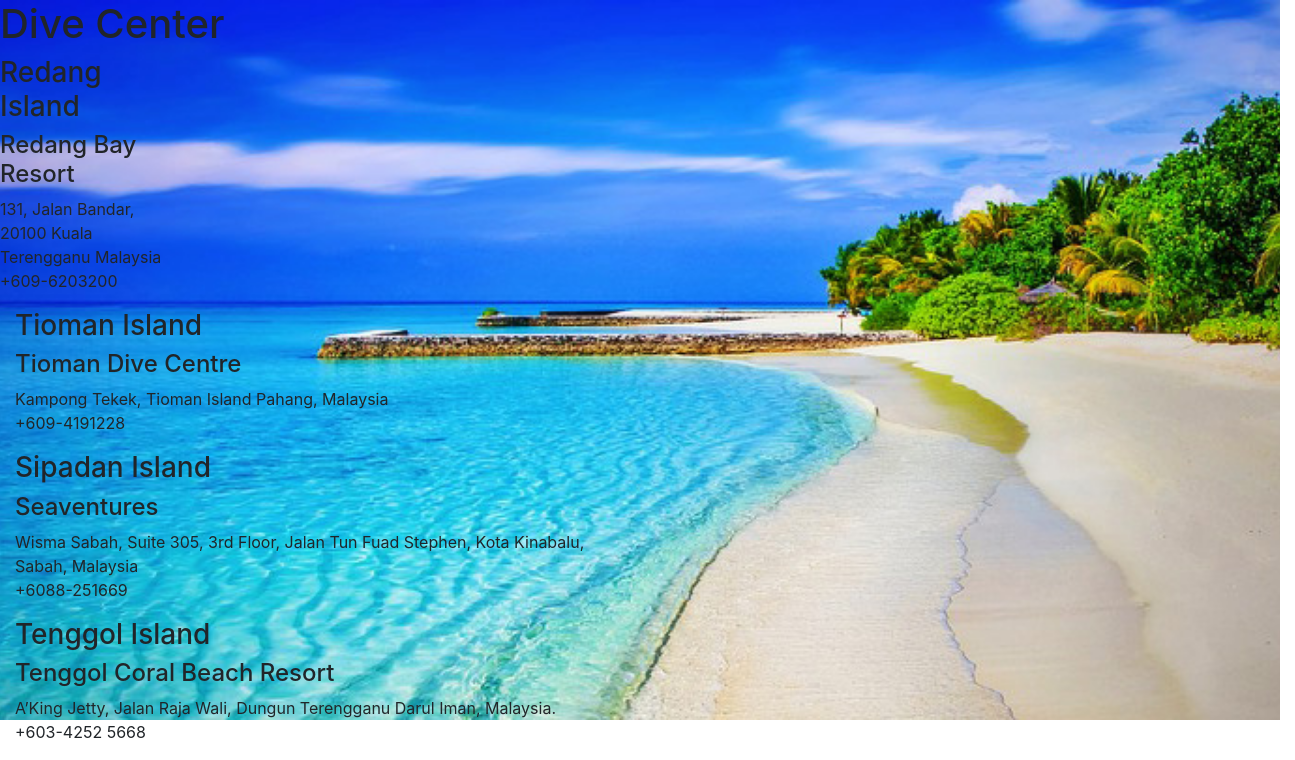
Repository: Code-Institute-Submissions/cathyann-diving.github.io
Page: divecenter.html
The author's editor kept a record of every edit. The page is drawn from the files as they stood at one moment, then again after the next edit.
The browser window is 1280 px wide. The page is 1295 px wide, then 1280 px, so the pictures cover 1295 px, including what lies to the right of the window. The pictures show the whole page.

Above is the page before.

After the next edit:
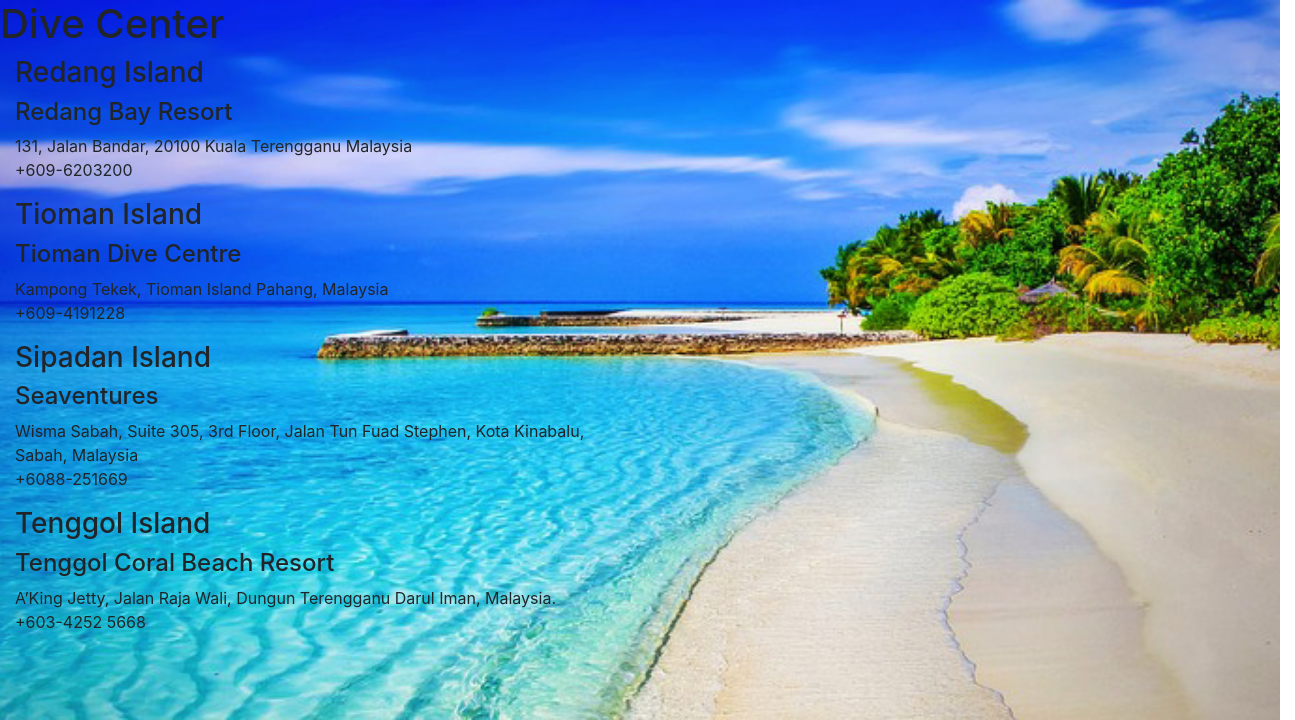
The edit:
--- a/divecenter.html
+++ b/divecenter.html
@@ -17,8 +17,8 @@
     <div class="islands-intro row col-12 col-sm-12 col-lg-12">
         <h1>Dive Center</h1>
     </div>
-    <div class="row">
-        <div class="">
+    <div class="">
+        <div class="dive-center">
             <div class="col-12 col-sm-6 col-lg-6">
                 <h3>Redang Island</h3>
                 <h4>Redang Bay Resort</h4>
